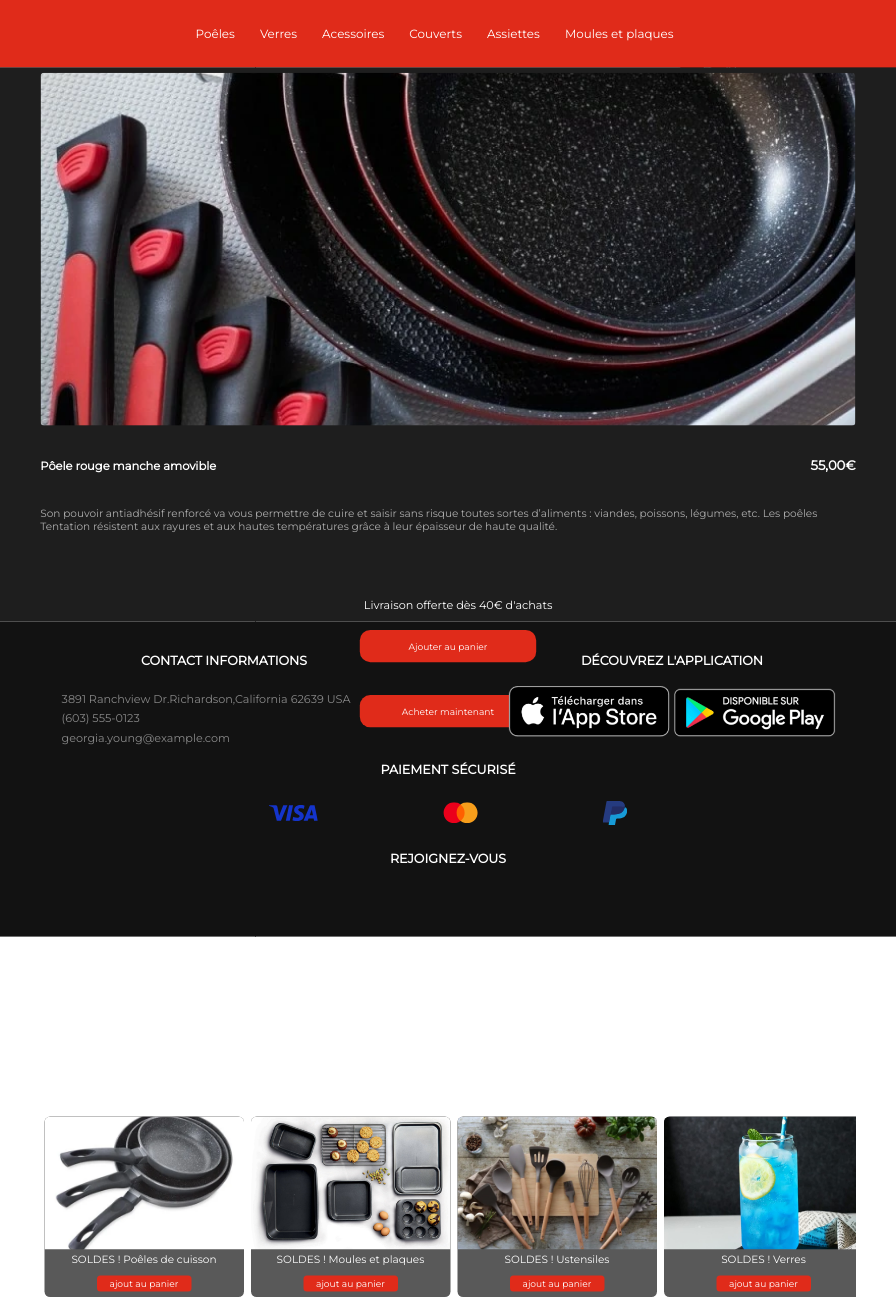
Repository: Juannpl/Luxury-Kicthen
Page: html/page_produits.html
The author's editor kept a copy of each file at every save. The page is drawn from the files as they stood at one save, then again after the next save.
The browser window is 1280 px wide. The pictures show the whole page, at 70% of full size.
Some icons come from a web library that is not loaded, so they are not drawn.

Above is the page before, as saved 2023-02-16 10:39:15.

After the next save:
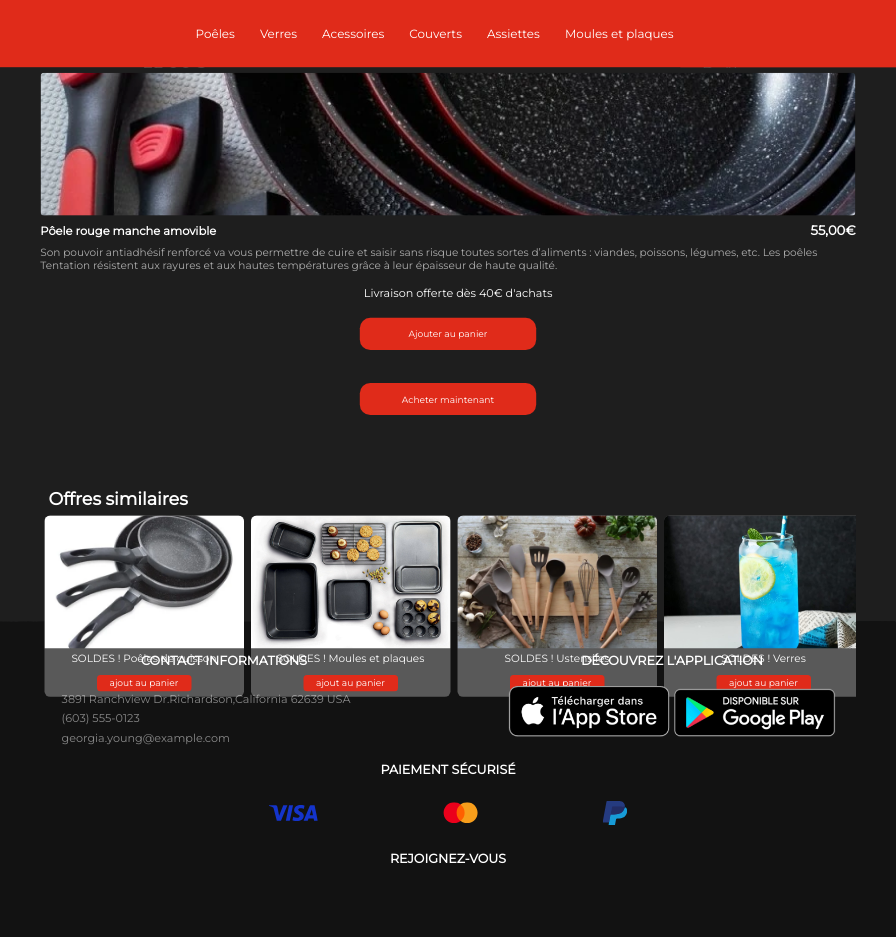
Saved 4 s later.
--- a/css/page_produits.css
+++ b/css/page_produits.css
@@ -335,7 +335,7 @@
 }
 
 .wrap{
-    height: ;
+    height: 75%;
 }
 
 /*
